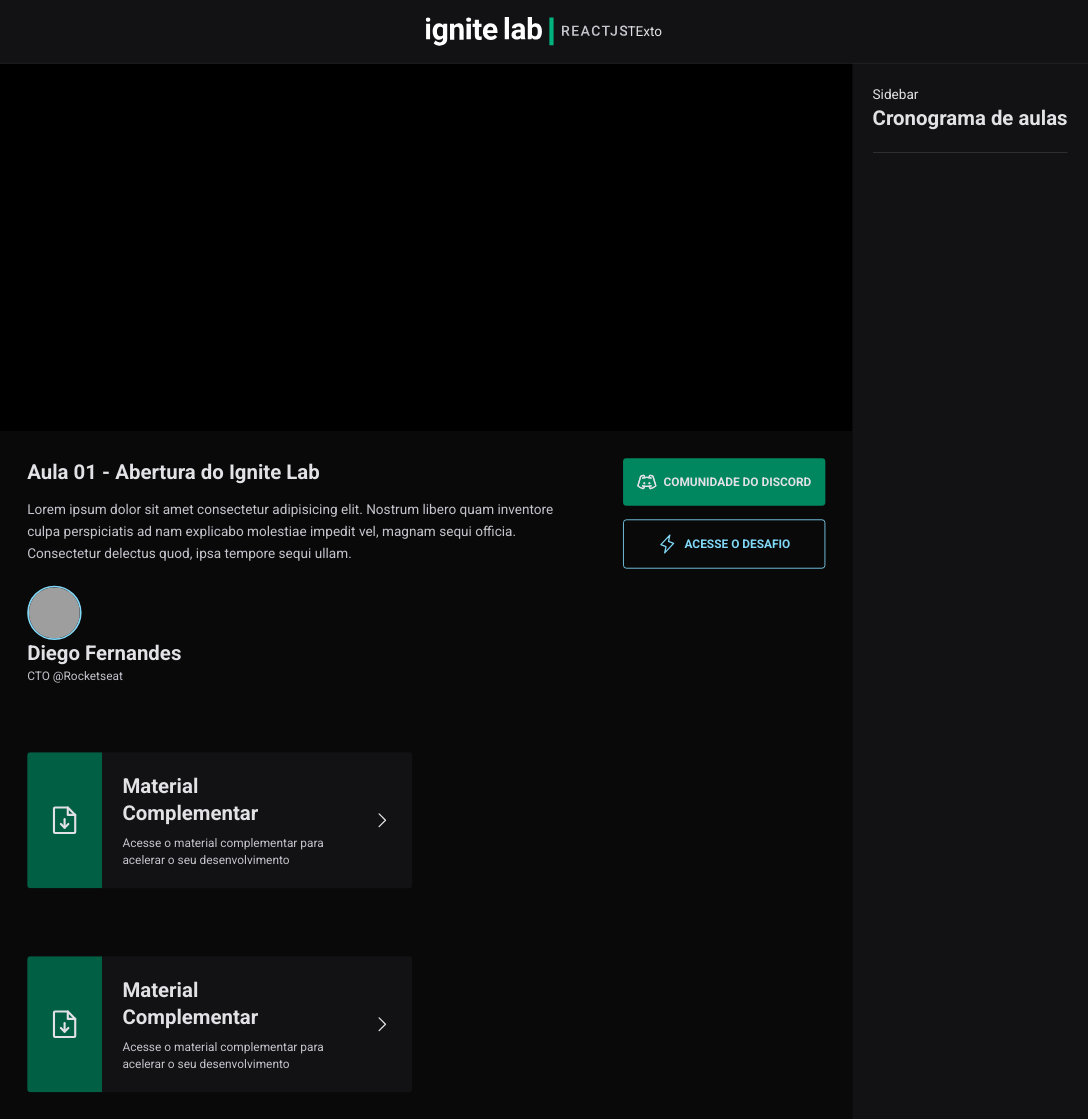
Repository: weltergab/Event_Plataform-IgniteLab
Page: /event
The author's editor kept a copy of each file at every save. The page is drawn from the files as they stood at one save, then again after the next save.
The browser window is 1280 px wide. The pictures show the whole page, at 85% of full size.
Pictures or frames that could not be fetched are drawn as grey boxes. The page's requests for data from a server got no answer. The project was rebuilt for these pictures with package versions that can differ from the ones it lists, and the page was loaded fresh each time. No one was signed in, and anything a server would have sent is missing. Also part of the build but not shown: vite.config.ts, src/components/Lesson.tsx.

Above is the page before, as saved 2022-06-25 20:41:39.

After the next save:
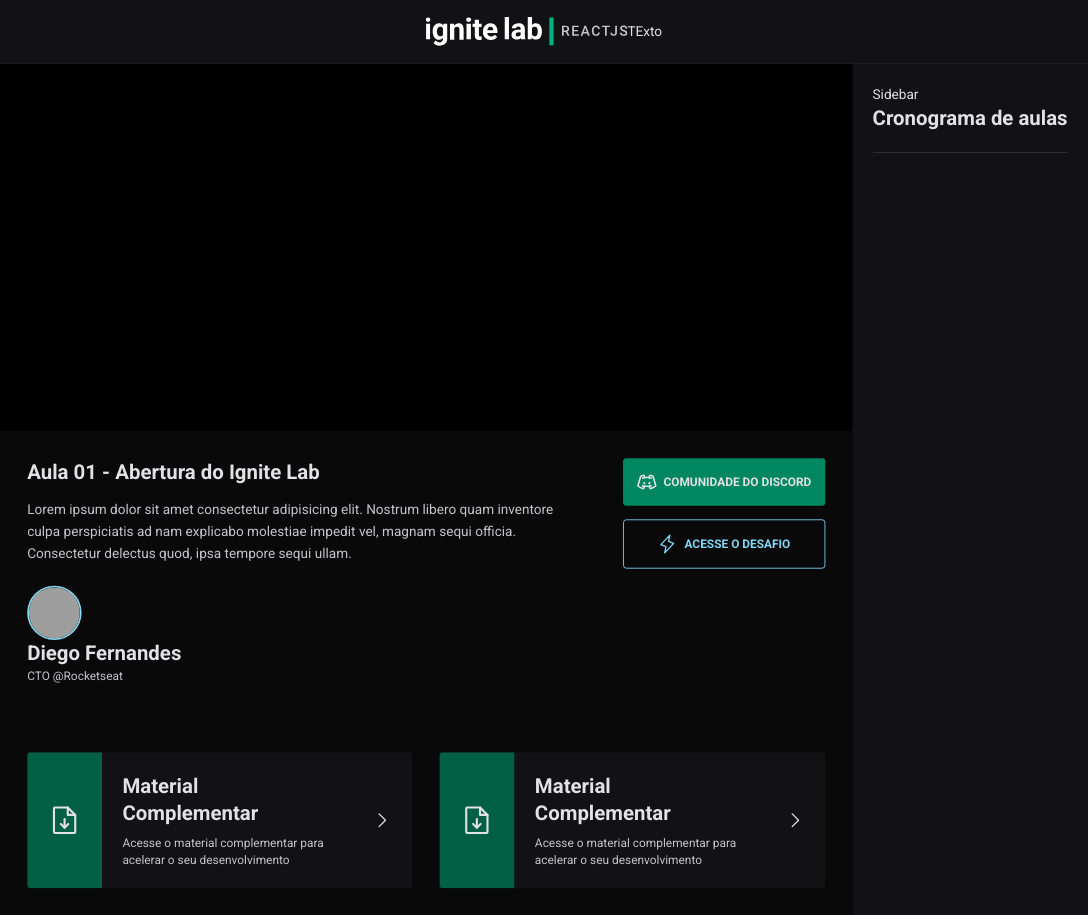
Saved 4 min 4 s later.
--- a/src/components/Video.tsx
+++ b/src/components/Video.tsx
@@ -55,8 +55,6 @@
                             <CaretRight size={24} />
                         </div>
                     </a>
-                </div>
-                <div className="gap-8 mt-20 grid grid-cols-2">
                     <a href="" className="bg-gray-700 rounded overflow-hidden flex items-stretch gap-6 hover:bg-gray-600 transition-colors">
                         <div className="bg-green-700 h-full p-6 flex items-center">
                             <FileArrowDown size={40} />
